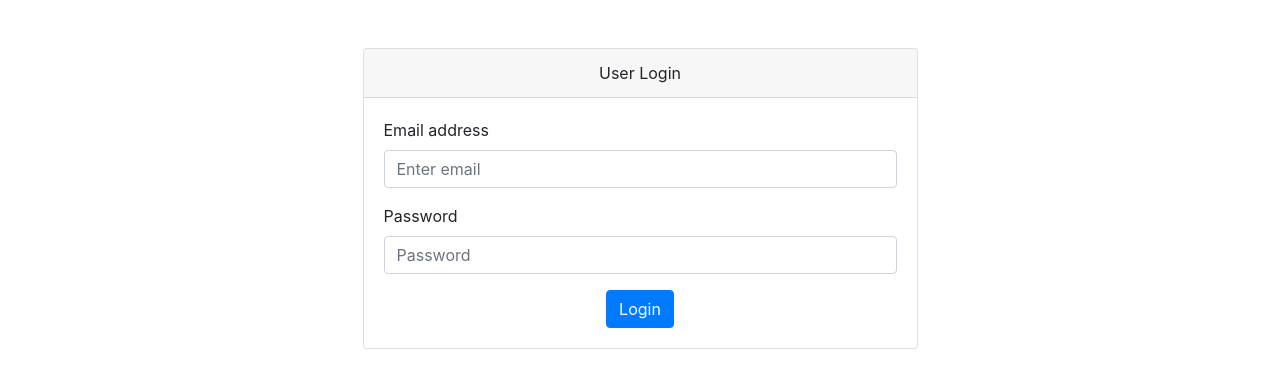
Repository: saivihari07/Advance-Java-Servlets-Jsp-
Page: http://localhost/Project/Login.jsp
These files come from the project's save history. The page is drawn as it stood at one moment and after the next save; the edit follows.
The browser window is 1280 px wide. The pictures show the whole page.
Some web libraries are served in a nearby version. The page is served by Tomcat 9.

Above is the page before, as saved 2021-12-27 07:47:15.

### Servlets/Web-Application/Project/WebContent/Login.jsp
<%@ page language="java" contentType="text/html; charset=ISO-8859-1"
	pageEncoding="ISO-8859-1"%>
<!DOCTYPE html>
<html>
<head>
<meta charset="ISO-8859-1">
<title>Login page</title>
<%@ include file="include/head.jsp"%>
</head>
<body>
	<div class="container">
		<div class="card w-50 mx-auto my-5">
			<div class="card-header text-center">User Login</div>
			<div class="card-body">
				<form action="user-login" method="post">
					<div class="form-group">
						<label>Email address</label> <input type="email"
							name="login-email" class="form-control" placeholder="Enter email">
					</div>
					<div class="form-group">
						<label>Password</label> <input type="password"
							name="login-password" class="form-control" placeholder="Password">
					</div>
					<div class="text-center">
						<button type="submit" class="btn btn-primary">Login</button>
					</div>
				</form>
			</div>
		</div>
	</div>

	<%@include file="/include/footer.jsp"%>

</body>
</html>

### Servlets/Web-Application/Project/WebContent/include/head.jsp
<meta charset="ISO-8859-1">
<link rel="stylesheet" href="https://maxcdn.bootstrapcdn.com/bootstrap/4.0.0/css/bootstrap.min.css">

### Servlets/Web-Application/Project/WebContent/include/footer.jsp
<script src="https://code.jquery.com/jquery-3.2.1.slim.min.js" ></script>
<script src="https://cdnjs.cloudflare.com/ajax/libs/popper.js/1.12.9/umd/popper.min.js" ></script>
<script src="https://maxcdn.bootstrapcdn.com/bootstrap/4.0.0/js/bootstrap.min.js"></script>

After the next save:
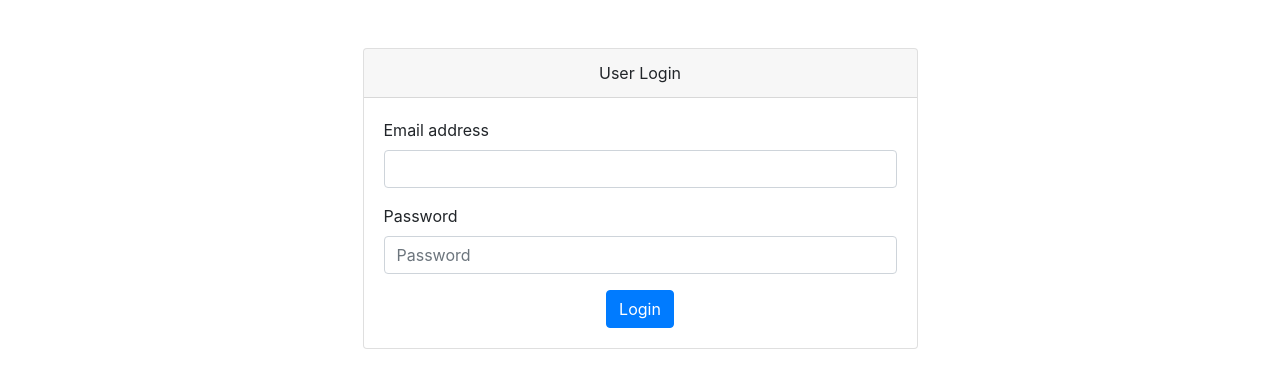
Saved 2 min 20 s later.
--- a/Servlets/Web-Application/Project/WebContent/Login.jsp
+++ b/Servlets/Web-Application/Project/WebContent/Login.jsp
@@ -15,7 +15,7 @@
 				<form action="user-login" method="post">
 					<div class="form-group">
 						<label>Email address</label> <input type="email"
-							name="login-email" class="form-control" placeholder="Enter email">
+							name="login-email" class="form-control" >
 					</div>
 					<div class="form-group">
 						<label>Password</label> <input type="password"

After the save that followed:
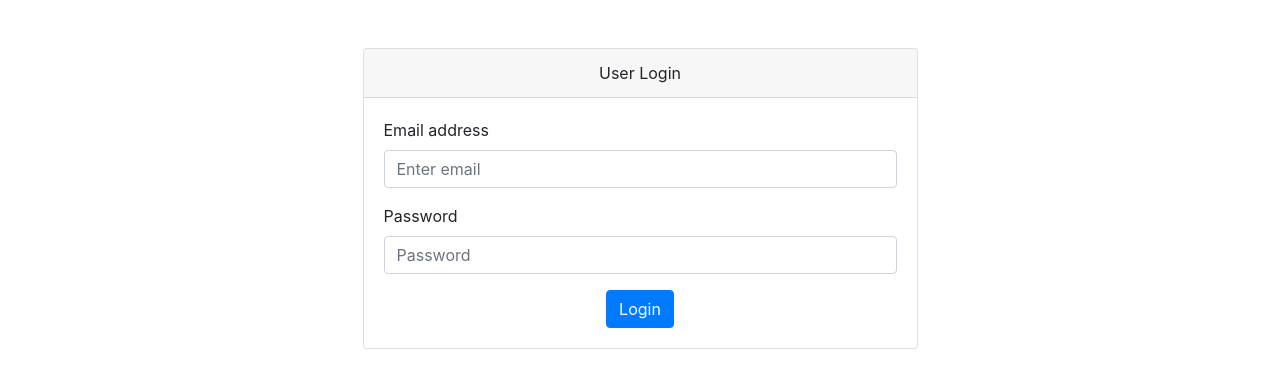
Saved 39 s later.
--- a/Servlets/Web-Application/Project/WebContent/Login.jsp
+++ b/Servlets/Web-Application/Project/WebContent/Login.jsp
@@ -15,7 +15,7 @@
 				<form action="user-login" method="post">
 					<div class="form-group">
 						<label>Email address</label> <input type="email"
-							name="login-email" class="form-control" >
+							name="login-email" class="form-control" placeholder="Enter email">
 					</div>
 					<div class="form-group">
 						<label>Password</label> <input type="password"
